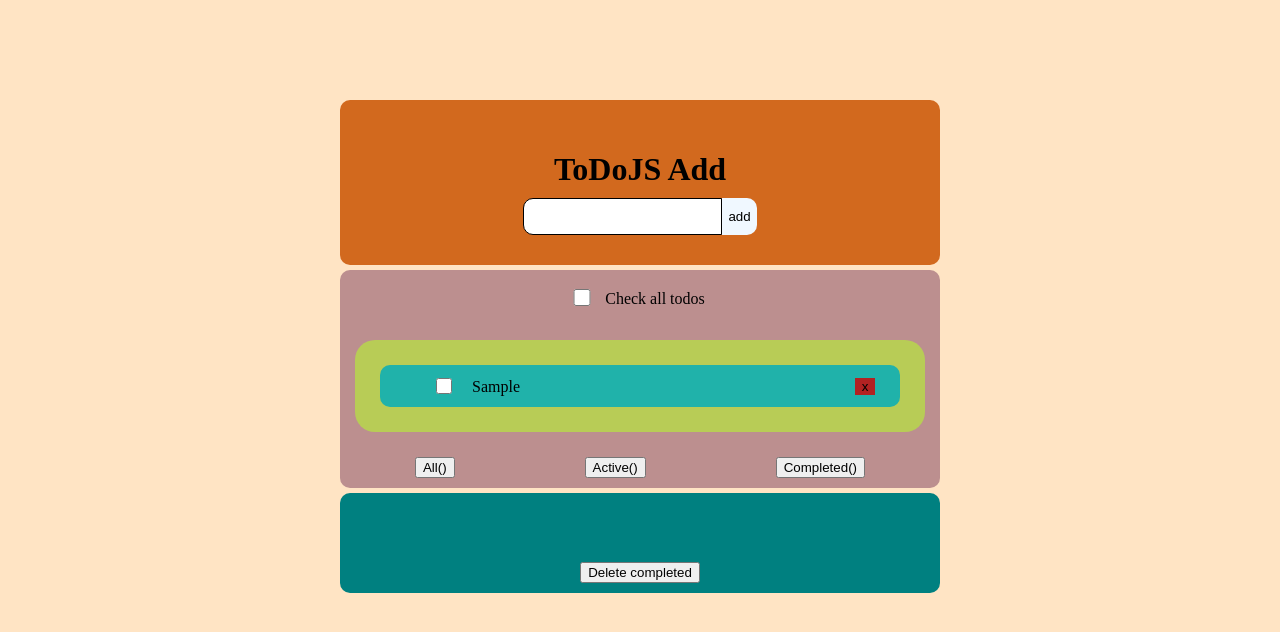
Repository: Savich01/ToDo
Page: index.html
These files come from the project's save history. The page is drawn as it stood at one moment and after the next save; the edit follows.
The browser window is 1280 px wide. The pictures show the whole page.
Empty fields were first filled with sample values (such as "Sample", 5 or name@example.com).
After loading, the first visible `form.personal` was submitted once.

Above is the page before, as saved 2024-05-08 12:50:05.

After the next save:
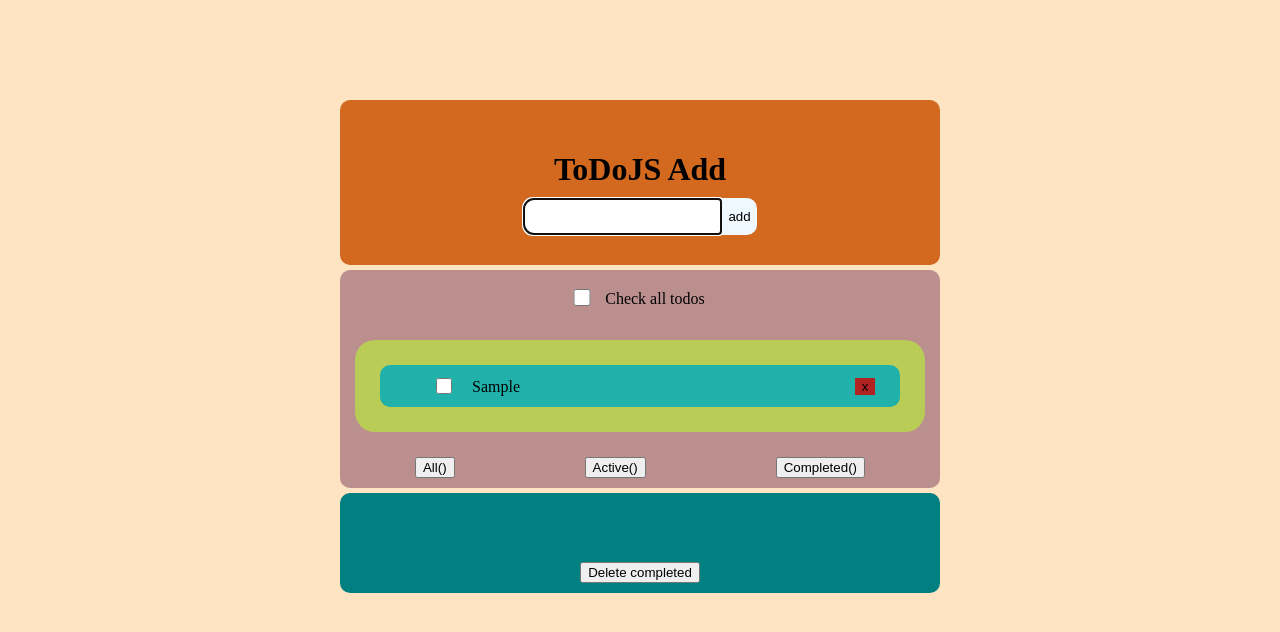
Saved 63 s later.
--- a/js/script.js
+++ b/js/script.js
@@ -33,6 +33,7 @@ taskForm.addEventListener('submit', function(event) {
 
     //Очищаем поле ввода и возвращаем на него фокус
     taskInput.value = '';
+    taskInput.focus();
 
 })
 
